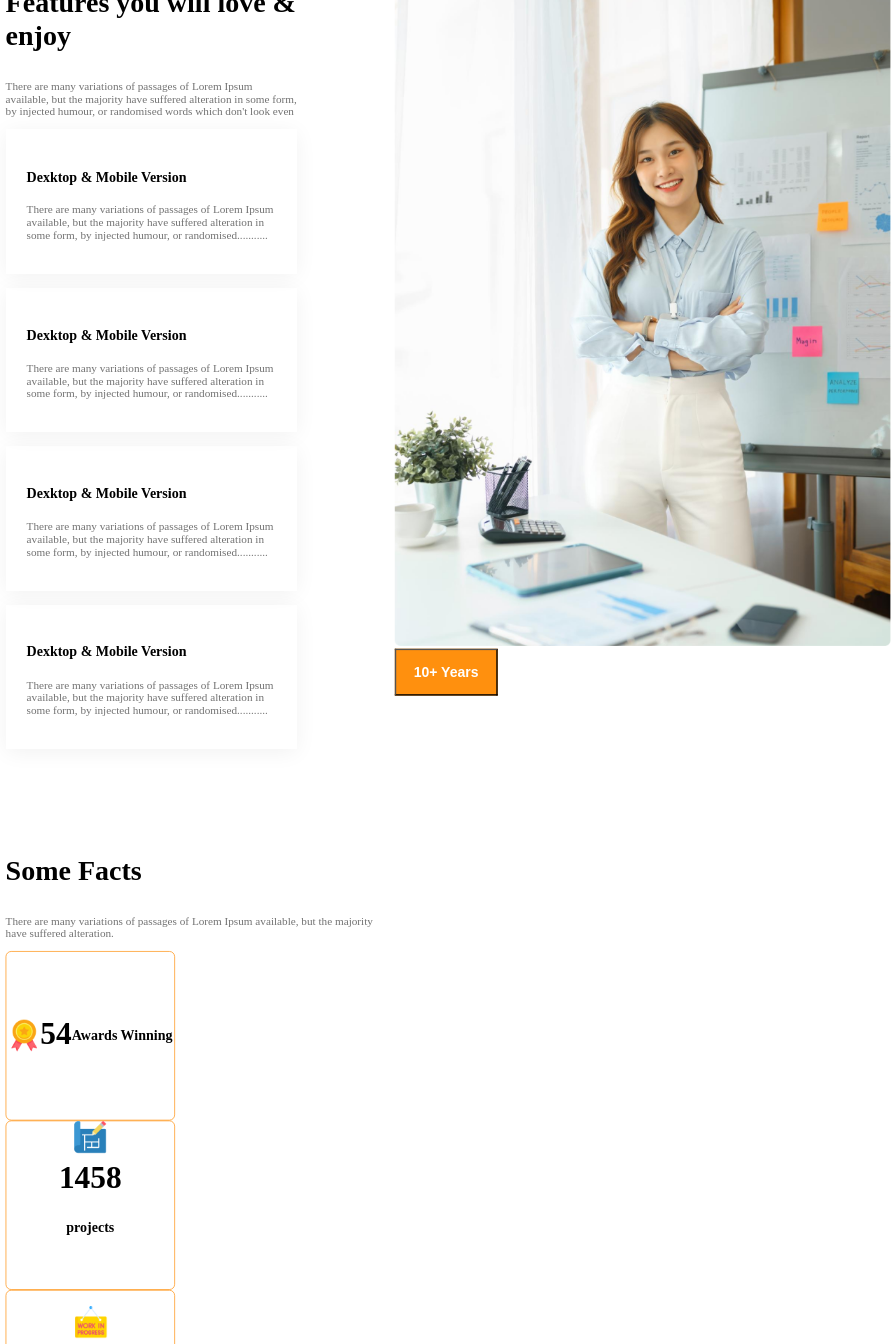
Repository: tanimtanzilislam/g3-architect-website
Page: index.html
These files come from the project's save history. The page is drawn as it stood at one moment and after the next save; the edit follows.
The browser window is 1280 px wide. The pictures show the part of the page from y = 2744 to 4664 px (the page is 5498 px tall), at 70% of full size.

Above is the page before, as saved 2026-02-06 22:40:07.

### index.html
<!DOCTYPE html>
<html lang="en">
<head>
    <meta charset="UTF-8">
    <meta name="viewport" content="width=device-width, initial-scale=1.0">
    <title>G3 Architecture</title>
    <link rel="stylesheet" href="styles/styles.css">
</head>
<body class=".work-sans-font">
    <header class="bg-light" >
        <nav class="navbar display-flex">
            <h3 class="brand">G3 Architect </h3>
             <ul class="nav-links display-flex">

                <li class="nav-item"><a href="" class="nav-link text-gray">Home</a></li>
                <li class="nav-item"><a href="" class="nav-link text-gray">About</a></li>
                <li class="nav-item"><a href="" class="nav-link text-gray">Contact-Us</a></li>
                <li class="nav-item"><a href="" class="nav-link text-gray">Login</a></li>
             </ul>
        </nav>

        <div class="banner">
        <div class="banner-content">
        <h1 class="banner-title">
                Brand new group of Architectects
            </h1>
            <p class="banner-description">
                There are many variations of passages of Lorem Ipsum available, but the majority have suffered alteration in some form, by injected humour, or randomised words which don't look even
            </p>
            <button class="btn-primary">Explore More</button>
            </div>

            <img class="banner-image" src="images/banner.png" alt="">
        </div>
    </header>
    <main>
        <!-- team section start -->
        <section class="teams display-flex">

            <div class="team-imag-container">

                <img src="images/team1.png" alt="two at=rchitect discussing about design">
                 <img src="images/team2.png" alt="">
                 <img src="images/team3.png" alt="">
                 <img src="images/team4.png" alt="">
            </div>

            <div class="our-features">
                <h3 class="section-title"> <span id="quick-list">Quick list </span><span>of our</span> <span  class="text-primary">features</span></h3>
                 <p class="feature-description  text-light-gray">
                    There are many variations of passages of Lorem Ipsum available, but the majority have suffered alteration in some form, by injected humour, or randomised words which don't look even
                 </p>
                 <button class="btn-primary">Explore More</button>
            </div>




        </section>

        <!-- featue section started -->
         <section class="features display-flex">
            <div>
           <h3 id="feature-section-title" class="section-title">Features you will love & enjoy</h3>
           <p class="text-light-gray">There are many variations of passages of Lorem Ipsum available, but the majority have suffered alteration in some form, by injected humour, or randomised words which don't look even</p>

           <!-- feature card container -->
            <div class="feature-card">
                <h4 class="feature-title">Dexktop & Mobile Version</h4>
                <p class="text-light-gray"> There are many variations of passages of Lorem Ipsum available, but the majority have suffered alteration in some form, by injected humour, or randomised...........</p>
            </div>
            <div class="feature-card">
                <h4 class="feature-title">Dexktop & Mobile Version</h4>
                <p class="text-light-gray"> There are many variations of passages of Lorem Ipsum available, but the majority have suffered alteration in some form, by injected humour, or randomised...........</p>
            </div>
            <div class="feature-card">
                <h4 class="feature-title">Dexktop & Mobile Version</h4>
                <p class="text-light-gray"> There are many variations of passages of Lorem Ipsum available, but the majority have suffered alteration in some form, by injected humour, or randomised...........</p>
            </div>
            <div class="feature-card">
                <h4 class="feature-title">Dexktop & Mobile Version</h4>
                <p class="text-light-gray"> There are many variations of passages of Lorem Ipsum available, but the majority have suffered alteration in some form, by injected humour, or randomised...........</p>
            </div>
            </div>
            <div>
                <img src="images/architect.png" alt="">
                <button class="btn-primary">
                  <span>10+ Years</span>
                </button>
            </div>
         </section>

        <!-- some facts -->
         <section>
            <h3 class="section-title"> Some Facts</h3>
            <p class="text-light-gray fact-description">There are many variations of passages of Lorem Ipsum available, but the majority have suffered alteration.</p>

            <div class="facts-container">
                <!-- .fact-card*4>img.fact-icon+h4.fact-number+h5.fact-name -->
             <div class="fact-card display-flex">
                <img src="images/icons/ribon.png" alt="" class="fact-icon">
                <h4 class="fact-number">54</h4>
                <h5 class="fact-name">Awards Winning</h5>
             </div>
             <div class="fact-card">
                <div >
                    <img src="images/icons/projects.png" alt="" class="fact-icon">
                <h4 class="fact-number">1458</h4>
                <h5 class="fact-name">projects</h5>
                </div>
             </div>
             <div class="fact-card display-flex">
                <div>
                    <img src="images/icons/customers.png" alt="" class="fact-icon">
                <h4 class="fact-number">590</h4>
                <h5 class="fact-name">customers</h5>
                </div>
             </div>
             <div class="fact-card display-flex">
                <div>
                    <img src="images/icons/email.png" alt="" class="fact-icon">
                <h4 class="fact-number">22578</h4>
                <h5 class="fact-name">Email Send</h5>
                </div>
             </div>

            </div>

         </section>

         <!-- our facts -->
          <section class="our-sponsors">
            <div class="sponsor-info">
               <h3 class="section-title">Our Sponsors</h3>
               <p class="text-light-gray">
                There are many variations of passages of Lorem Ipsum available, but the majority have suffered alteration.
               </p>
               <div class="sponsor-companies">

                <img src="images/sponsors/spotify.png" alt="">
                 <img src="images/sponsors/google.png" alt="">
                  <img src="images/sponsors/amazon.png" alt="">
                   <img src="images/sponsors/telerama.png" alt="">
                    <img src="images/sponsors/figma.png" alt="">
               </div>

            </div>

          </section>
    </main>
    <footer></footer>

</body>
</html>

### styles/styles.css
@import url('https://fonts.googleapis.com/css2?family=Work+Sans:ital,wght@0,100..900;1,100..900&display=swap');

.work-sans-font{
  font-family: "Work Sans", sans-serif;
  font-optical-sizing: auto;
  font-weight: 400;
  font-style: normal;
}

/* shared styles */
.display-flex{
  display:flex;
}

.text-gray{
  color:#424242;
}

/* dark02 */
.text-light-gray{
  color:#727272;
}

/* header styles */

.navbar{
  justify-content: space-between;
  align-items:center;
}
.brand{
  font-weight:700;
  font-size:45px;
}

/* navbar related styles */
.bg-light{
  background-color: rgba(255,144,14,0.1);
}

.nav-item{
  list-style:none;
  margin-right:30px;
}

.nav-link{
  text-decoration:none;
  font-weight:500;
}
.navbar ,.banner{
  max-width:1440px;
  margin:0 auto;
}

/* banner related styles */

.banner-content{
  max-width:850px;
  margin: 0 auto 50px auto;
}
.banner-title{
  font-weight: 700;
  font-size:4em;
}
.btn-primary{
  background-color:#FF900E;
  color:white;
  padding:20px 25px;
  font-size: 1.25rem;
  font-weight:600;
  border-radius: 0;
}
.banner-image{
  width:100%;
}

/* team and feature related styles */

.teams{
  align-items:center;
}
.team-img-container{
  display:grid;
  grid-template-columns: repeat(2,1fr);
}
main>section{
  margin-top:130px;
}

.our-features{
  margin-left: 130px;
  max-width: 530px;
}

.section-title{
  font-size:2.5rem;
  font-weight: 700;
}
#quick-list{
  font-weight:500;
}


/* Features section related styles */

.features{
  gap:140px;
  margin-top: 0px ;
   margin-bottom:0px;


}
#featue-section-title{
  border-left: 5px solid #FF900E;
  padding:20px;
}

.feature-card-
.facts-container{
  display:grid;
  grid-template-columns: repeat(4,1fr);
}

.feature-card{
   padding:30px;
  box-shadow: 0 4px 30px 0 rgba(0,0,0,0.06);
  margin-bottom:20px
}
.feature-card .feature-title{
  font-weight:600;
  font-size:1.25rem;

}
/* Some Facts related styles */
.fact-card{
  border: 1px solid #FF900E;
  width:240px;
  height:240px;
  border-radius:8px;
  text-align: center;
  align-items:center;
  justify-content: center;
}
.fact-number{
  font-size: 2.8rem;
  font-weight: 600;
  margin-top:5px;
  margin-bottom:10px;
}
.fact-name{
  font-size:1.25rem;
  font-weight:600;
}

.text-primary{
  color:#FF900E;
}
.fact-description{
  max-width:540px;
}
.sponsor-companies{
  justify-items: center;
  gap:24px;
}

/* responsive media query */
@media screen and (max-width:576px){
  .navbar ,.nav-links, .teams{
    flex-direction: column;
  }

  .team-img-container, .facts-container,
  .sponsor-companies{
    grid-template-columns: 1fr;
  }
  .facts-container,.sponsor-companies{
    justify-content: center;
    gap:24px;
  }
  .our-features{
    margin-left:20px;
  }
}

main{
  max-width:1440px;
  margin:0px auto;
}

/* sponsor related styles */
.sponsor-info{
  max-width:540px;
  margin:50px auto;
}
.sponsor-companies img{
  filter:grayscale(100%);
}

/*  medium size device */
@media screen and (min-width:576px) and (max-width:992px){
  .teams{
    flex-direction:column;
  }
  .our-features{
    margin:50px auto;
  }
  .sponsor-companies,.facts-container{
    grid-template-columns:repeat(3,1fr);
    gap:50px;
    justify-items: center;
  }
}

After the next save:
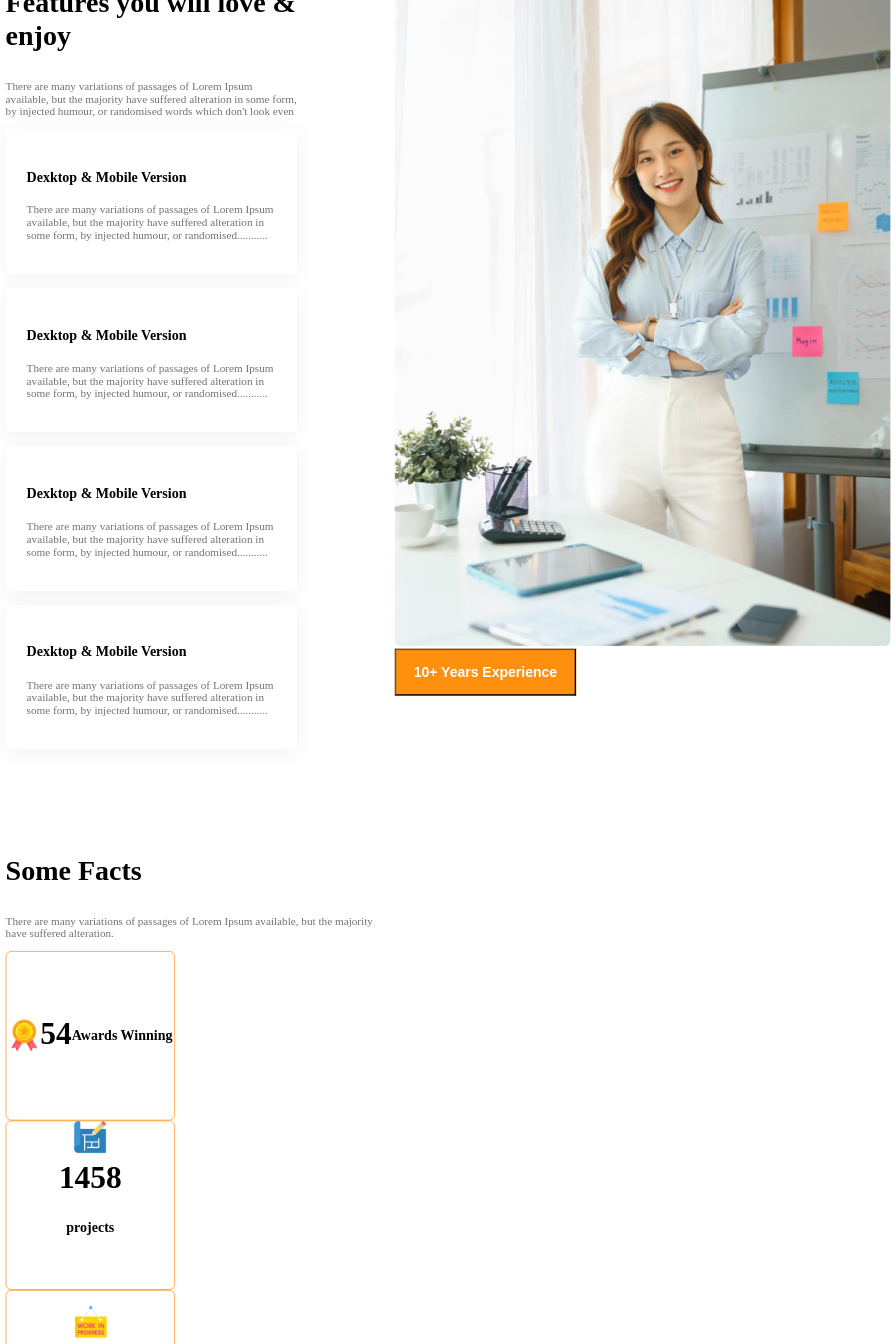
Saved 14 s later.
--- a/index.html
+++ b/index.html
@@ -86,6 +86,7 @@
                 <img src="images/architect.png" alt="">
                 <button class="btn-primary">
                   <span>10+ Years</span>
+                  <span> Experience</span>
                 </button>
             </div>
          </section>
